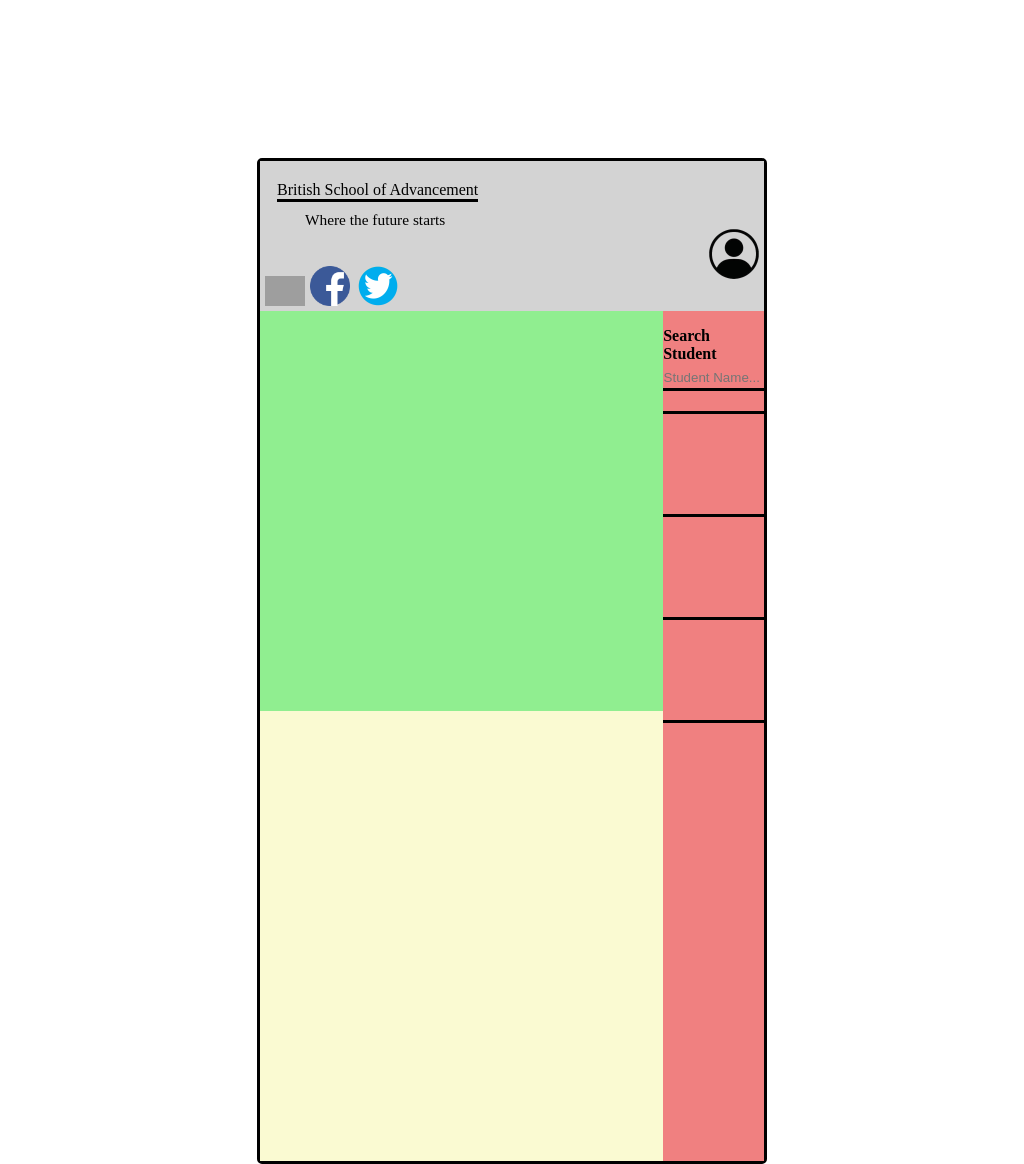
Repository: ghend99/School-app
Page: index.html
The author's editor kept a copy of each file at every save. The page is drawn from the files as they stood at one save, then again after the next save.
The browser window is 1024 px wide. The pictures show the whole page.
Pictures or frames that could not be fetched are drawn as grey boxes.

Above is the page before, as saved 2023-03-24 13:50:32.

### index.html
<!DOCTYPE html>
<html lang="en">
  <head>
    <meta charset="UTF-8" />
    <meta http-equiv="X-UA-Compatible" content="IE=edge" />
    <meta name="viewport" content="width=device-width, initial-scale=1.0" />
    <title>Document</title>
    <link rel="stylesheet" href="style.css" />
  </head>
  <body>
    <div id="main-container">
      <!-- Header -->
      <div id="header-container">
        <p class="header-school-name">British School of Advancement</p>
        <p class="header-school-slogan">Where the future starts</p>
        <img
          id="header-socials"
          class="header-linkedin"
          src="images/LinkedIn.png"
        />
        <img
          id="header-socials"
          class="header-facebook"
          src="images/Facebook.png"
        />
        <img
          id="header-socials"
          class="header-twitter"
          src="images/Twitter.png"
        />
        <img class="header-logo" src="images/logo.png" />
        <input
          id="header-login"
          class="header-login-fullname"
          type="text"
          placeholder="Fullname..."
        />
        <input
          id="header-login"
          class="header-login-pin"
          type="number"
          placeholder="Pin..."
        />
        <img class="header-login-button" src="images/login-button.png" />
        <img class="header-login-icon" src="images/login.png" />
      </div>

      <!-- Sidebar -->
      <div id="sidebar-container">
        <div id="sidebar-link">
          <p class="sidebar-link-header">Search Student</p>
          <input id="sidebar-link-search" placeholder="Student Name..." />
        </div>
        <div id="sidebar-link"></div>
        <div id="sidebar-link"></div>
        <div id="sidebar-link"></div>
      </div>

      <!-- Student Information Container -->
      <div id="student-information-container"></div>

      <!-- Student Management Container -->
      <div id="student-management-container"></div>
    </div>

    <!-- Login Container -->
    <div id="login-container"></div>

    <div id="create-account-container"></div>

    <script src="main.js"></script>
  </body>
</html>

### style.css
#main-container {
  position: relative;
  max-width: 50%;
  min-width: 400px;
  height: 70vh;
  min-height: 1000px;
  top: 150px;
  margin-left: auto;
  margin-right: auto;
  background-color: lightblue;
  border: solid;
  border-radius: 5px;
}

#header-container {
  position: relative;
  width: 100%;
  max-height: 15%;
  min-height: 150px;
  background-color: lightgray;
}

.header-school-name {
  position: absolute;
  top: 20px;
  left: 17px;
  font-size: clamp(1rem, 1vw, 2rem);
  border-bottom: solid;
  margin: 0;
}

.header-school-slogan {
  position: absolute;
  top: clamp(5%, 60px, 80px);

  left: clamp(45px, 5%, 70px);
  font-size: clamp(0.9rem, 1.5vw, 1rem);
  margin: 0;
}

#header-socials {
  position: absolute;
  width: 40px;
  bottom: 5px;
}

.header-linkedin {
  left: 5px;
}

.header-facebook {
  left: clamp(50px, 7%, 60px);
}

.header-twitter {
  left: clamp(98px, 9%, 110px);
}

.header-logo {
  margin-left: auto;
  margin-right: auto;
  display: block;
  width: 150px;
  height: 100%;
}

#header-login {
  position: absolute;
  max-width: 10%;
  min-width: 5%;
  top: 50%;
  margin: 0;
  background-color: transparent;
  text-decoration: none;
  border: none;
  border-bottom: solid;
  outline: none;
}

.header-login-fullname {
  right: 20%;
}

.header-login-pin {
  right: 7%;
}

.header-login-button {
  position: absolute;
  right: 5px;
  width: 50px;
  top: 45%;
}

.header-login-icon {
  display: none;
}
#sidebar-container {
  position: absolute;
  max-width: 30%;
  min-width: 20%;
  height: 85%;
  right: 0;
  flex-direction: column;
  background-color: lightcoral;
}

#sidebar-link {
  position: relative;
  display: flex;
  width: 100%;
  height: 100px;
  /* background-color: brown; */
  justify-content: center;
  border-bottom: solid;
}

.sidebar-link-header {
  position: absolute;
  font-size: 16px;
  font-weight: bold;
}

#sidebar-link-search {
  position: absolute;
  max-width: 75%;
  min-width: 100px;
  height: 20px;
  bottom: 20px;
  background-color: transparent;
  text-decoration: none;
  border: none;
  border-bottom: solid;
  outline: none;
}

#student-information-container {
  position: relative;
  max-width: 80%;
  min-width: 50%;
  height: 40%;
  top: 0;
  background-color: lightgreen;
}

#student-management-container {
  position: relative;
  max-width: 80%;
  min-width: 50%;
  height: 45%;
  bottom: 0;
  background-color: lightgoldenrodyellow;
}

#login-container {
  position: absolute;
  top: 50%;
  left: 50%;
  transform: translate(-50%, -50%);
  max-width: 70%;
  min-width: 400px;
  height: 40vh;
  opacity: 0;
  background-color: aliceblue;
}

#create-account-container {
  position: absolute;
  top: 50%;
  left: 50%;
  transform: translate(-50%, -50%);
  max-width: 70%;
  min-width: 420px;
  height: 50vh;
  opacity: 0;
  background-color: aliceblue;
}

@media screen and (min-width: 0) and (max-width: 1200px) {
  .header-school-slogan {
    top: 50px;
  }

  .header-logo {
    display: none;
  }

  #header-login {
    display: none;
  }

  .header-login-button {
    display: none;
  }

  .header-login-icon {
    position: absolute;
    display: flex;
    right: 5px;
    width: 50px;
    top: 45%;
  }
}

Loaded but not shown: js/main.js (no copy from this time; the picture is the same without it)

After the next save:
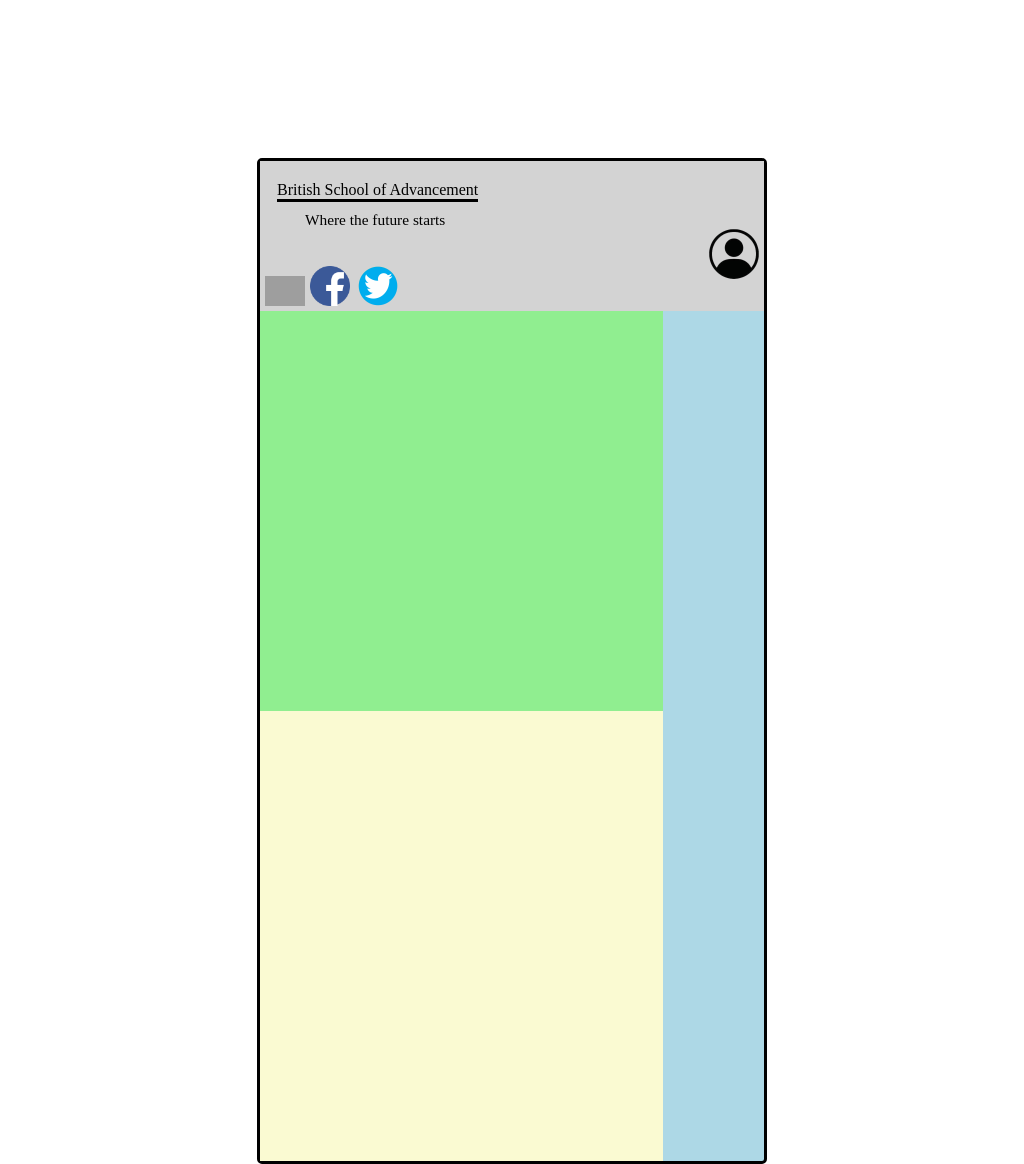
Saved 52 s later.
--- a/style.css
+++ b/style.css
@@ -200,4 +200,8 @@
     width: 50px;
     top: 45%;
   }
-}
+
+  #sidebar-container {
+    display: none;
+  }
+}
